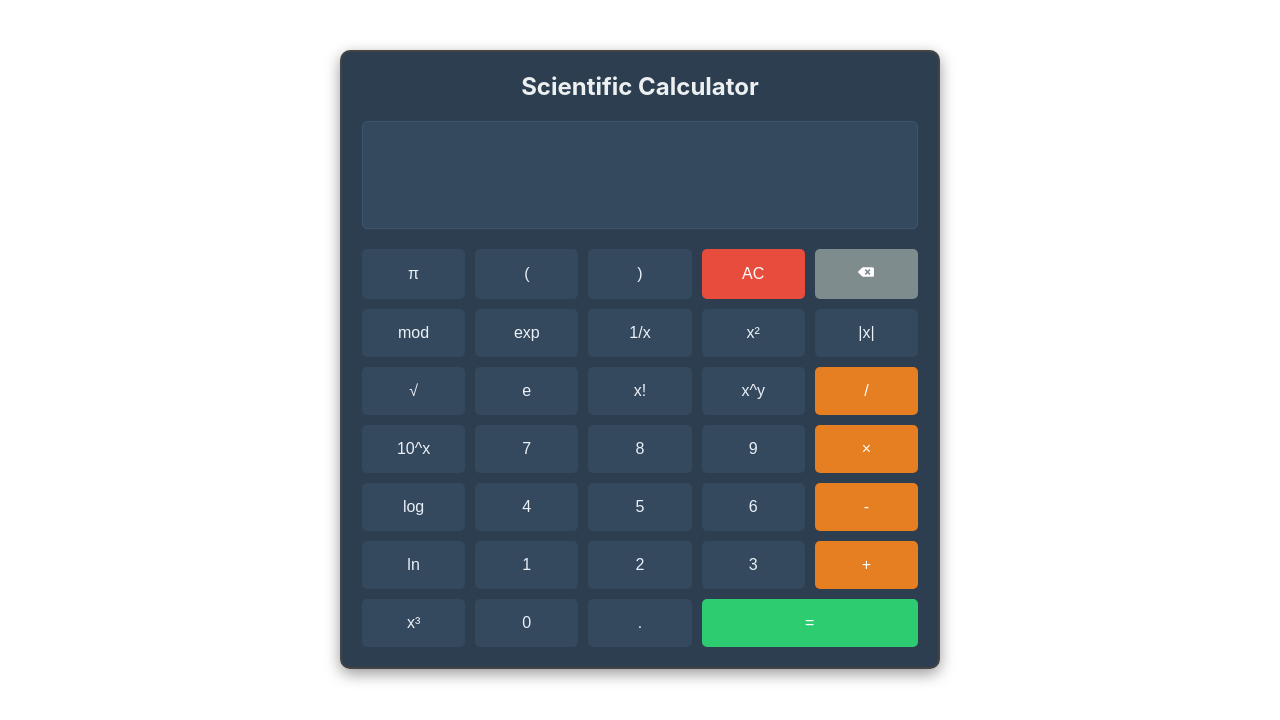
Repository: thesaherriaz/Calculator-React
Page: /
An editor plug-in stored every save of this project. The page is shown before and after the next save, followed by the edit.
The browser window is 1280 px wide. The pictures show the whole page.
The project was rebuilt for these pictures with package versions that can differ from the ones it lists, and the page was loaded fresh each time.

Above is the page before, as saved 2025-06-20 12:54:19.

### public/index.html
<!DOCTYPE html>
<html lang="en">
  <head>
    <meta charset="utf-8" />
    <link rel="icon" href="%PUBLIC_URL%/favicon.ico" />
    <meta name="viewport" content="width=device-width, initial-scale=1" />
    <meta name="theme-color" content="#000000" />
    <meta
      name="description"
      content="Web site created using create-react-app"
    />
    <link rel="apple-touch-icon" href="%PUBLIC_URL%/logo192.png" />
    <link rel="stylesheet" href="https://cdnjs.cloudflare.com/ajax/libs/font-awesome/6.0.0/css/all.min.css">
    <!--
      manifest.json provides metadata used when your web app is installed on a
      user's mobile device or desktop. See https://developers.google.com/web/fundamentals/web-app-manifest/
    -->
    <link rel="manifest" href="%PUBLIC_URL%/manifest.json" />
    <!--
      Notice the use of %PUBLIC_URL% in the tags above.
      It will be replaced with the URL of the `public` folder during the build.
      Only files inside the `public` folder can be referenced from the HTML.

      Unlike "/favicon.ico" or "favicon.ico", "%PUBLIC_URL%/favicon.ico" will
      work correctly both with client-side routing and a non-root public URL.
      Learn how to configure a non-root public URL by running `npm run build`.
    -->
    <title>React App</title>
  </head>
  <body>
    <noscript>You need to enable JavaScript to run this app.</noscript>
    <div id="root"></div>
    <!--
      This HTML file is a template.
      If you open it directly in the browser, you will see an empty page.

      You can add webfonts, meta tags, or analytics to this file.
      The build step will place the bundled scripts into the <body> tag.

      To begin the development, run `npm start` or `yarn start`.
      To create a production bundle, use `npm run build` or `yarn build`.
    -->
  </body>
</html>

### src/App.js
import React from 'react'
import Calculator from './compnents/Calculator'

function App() {
  return (
    <Calculator />
  )
}

export default App

### src/compnents/Calculator.jsx
import React, { useState } from 'react';
import './Calculator.css';
import { FaBackspace } from "react-icons/fa";

function Calculator() {
    const [input, setInput] = useState('');
    const [result, setResult] = useState('');

    const handleClick = (value) => {
        if (value === 'AC') {
            setInput('');
            setResult('');
        } else if (value === 'DEL') {
            setInput(prev => prev.slice(0, -1));
        } else if (value === '=') {
            calculateResult();
        } else if (value === '√') {
            setInput(prev => `Math.sqrt(${prev})`);
        } else if (value === 'x²') {
            setInput(prev => `Math.pow(${prev},2)`);
        } else if (value === 'x³') {
            setInput(prev => `Math.pow(${prev},3)`);
        } else if (value === 'x^y') {
            setInput(prev => `${prev}^`);
        } else if (value === '1/x') {
            setInput(prev => `1/(${prev})`);
        } else if (value === 'log') {
            setInput(prev => `Math.log10(${prev})`);
        } else if (value === 'ln') {
            setInput(prev => `Math.log(${prev})`);
        } else if (value === 'π') {
            setInput(prev => prev + 'Math.PI');
        } else if (value === 'e') {
            setInput(prev => prev + 'Math.E');
        } else if (value === '10^x') {
            setInput(prev => `Math.pow(10,${prev})`);
        } else if (value === 'x!') {
            setInput(prev => `factorial(${prev})`);
        } else {
            setInput(prev => prev + value);
        }
    };

    const factorial = (n) => {
        if (n < 0) return NaN;
        if (n <= 1) return 1;
        return n * factorial(n - 1);
    };

    const calculateResult = () => {
        try {
            // Replace ^ with ** for exponentiation
            let expression = input.replace(/\^/g, '**');
            // Evaluate the expression
            setResult(eval(expression).toString());
        } catch (error) {
            setResult('Error');
        }
    };

    return (
        <div className="calculator">
            <h1>Scientific Calculator</h1>
            <div className="display">
                <div className="input">{input}</div>
                <div className="result">{result}</div>
            </div>
            <div className="buttons">
                <button onClick={() => handleClick('π')}>π</button>
                <button onClick={() => handleClick('(')}>(</button>
                <button onClick={() => handleClick(')')}>)</button>
                <button onClick={() => handleClick('AC')} className="clear">AC</button>
                <button onClick={() => handleClick('DEL')} className="delete"><FaBackspace /></button>

                <button onClick={() => handleClick('mod')}>mod</button>
                <button onClick={() => handleClick('exp')}>exp</button>
                <button onClick={() => handleClick('1/x')}>1/x</button>
                <button onClick={() => handleClick('x²')}>x²</button>
                <button onClick={() => handleClick('Math.abs()')}>|x|</button>

                <button onClick={() => handleClick('√')}>√</button>
                <button onClick={() => handleClick('e')}>e</button>
                <button onClick={() => handleClick('x!')}>x!</button>
                <button onClick={() => handleClick('x^y')}>x^y</button>
                <button className="operator" onClick={() => handleClick('/')}>/</button>

                <button onClick={() => handleClick('10^x')}>10^x</button>
                <button onClick={() => handleClick('7')}>7</button>
                <button onClick={() => handleClick('8')}>8</button>
                <button onClick={() => handleClick('9')}>9</button>
                <button className="operator" onClick={() => handleClick('*')}>×</button>

                <button onClick={() => handleClick('log')}>log</button>
                <button onClick={() => handleClick('4')}>4</button>
                <button onClick={() => handleClick('5')}>5</button>
                <button onClick={() => handleClick('6')}>6</button>
                <button className="operator" onClick={() => handleClick('-')}>-</button>

                <button onClick={() => handleClick('ln')}>ln</button>

                <button onClick={() => handleClick('1')}>1</button>
                <button onClick={() => handleClick('2')}>2</button>
                <button onClick={() => handleClick('3')}>3</button>
                <button className="operator" onClick={() => handleClick('+')}>+</button>

                <button onClick={() => handleClick('x³')}>x³</button>
                <button onClick={() => handleClick('0')}>0</button>
                <button onClick={() => handleClick('.')}>.</button>
                <button className="equals" onClick={() => handleClick('=')}>=</button>
            </div>
        </div>
    );
}

export default Calculator;

### src/compnents/Calculator.css
*{
    box-sizing: border-box;
    margin: 0;
    padding: 0;
}
.calculator {
    width: 600px;
    margin: 50px auto 0px auto;
    border: 2px solid #444;
    border-radius: 10px;
    padding: 20px;
    background-color: #2c3e50;
    box-shadow: 0 5px 15px rgba(0, 0, 0, 0.4);
    color: white;
}

.calculator h1 {
    text-align: center;
    color: #ecf0f1;
    margin-bottom: 20px;
    font-size: 1.5em;
}

.display {
    background-color: #34495e;
    border: 1px solid #3d566e;
    border-radius: 5px;
    padding: 15px;
    margin-bottom: 20px;
    text-align: right;
    min-height: 70px;
}

.input {
    font-size: 1.2em;
    color: #bdc3c7;
    min-height: 1.2em;
    margin-bottom: 10px;
    word-wrap: break-word;
}

.result {
    font-size: 1.8em;
    font-weight: bold;
    color: #ecf0f1;
    min-height: 1.5em;
    word-wrap: break-word;
}

.buttons {
    display: grid;
    grid-template-columns: repeat(5, 1fr);
    grid-gap: 10px;
}

button {
    padding: 15px;
    font-size: 1em;
    border: none;
    border-radius: 5px;
    background-color: #34495e;
    color: #ecf0f7;
    cursor: pointer;
    transition: all 0.2s;
}

button:hover {
    background-color: #3d566e;
}

button:active {
    transform: scale(0.95);
}

.operator {
    background-color: #e67e22;
    color: white;
}

.operator:hover {
    background-color: #d35400;
}

.clear {
    background-color: #e74c3c;
    color: white;
}

.clear:hover {
    background-color: #c0392b;
}

.delete {
    background-color: #7f8c8d;
    color: white;
}

.delete:hover {
    background-color: #95a5a6;
}

.equals {
    background-color: #2ecc71;
    color: white;
    grid-column: span 2;
}

.equals:hover {
    background-color: #27ae60;
}

/* Scientific buttons
button:nth-child(1),
button:nth-child(2),
button:nth-child(3),
button:nth-child(4),
button:nth-child(5),
button:nth-child(6),
button:nth-child(11),
button:nth-child(12),
button:nth-child(13),
button:nth-child(14),
button:nth-child(19),
button:nth-child(20),
button:nth-child(21) {
    background-color: #3498db;
}

button:nth-child(1):hover,
button:nth-child(2):hover,
button:nth-child(3):hover,
button:nth-child(4):hover,
button:nth-child(5):hover,
button:nth-child(6):hover,
button:nth-child(11):hover,
button:nth-child(12):hover,
button:nth-child(13):hover,
button:nth-child(14):hover,
button:nth-child(19):hover,
button:nth-child(20):hover,
button:nth-child(21):hover {
    background-color: #2980b9;
} */

Loaded but not shown: src/index.js (common file); src/index.css (common file); src/reportWebVitals.js (common file)

After the next save:
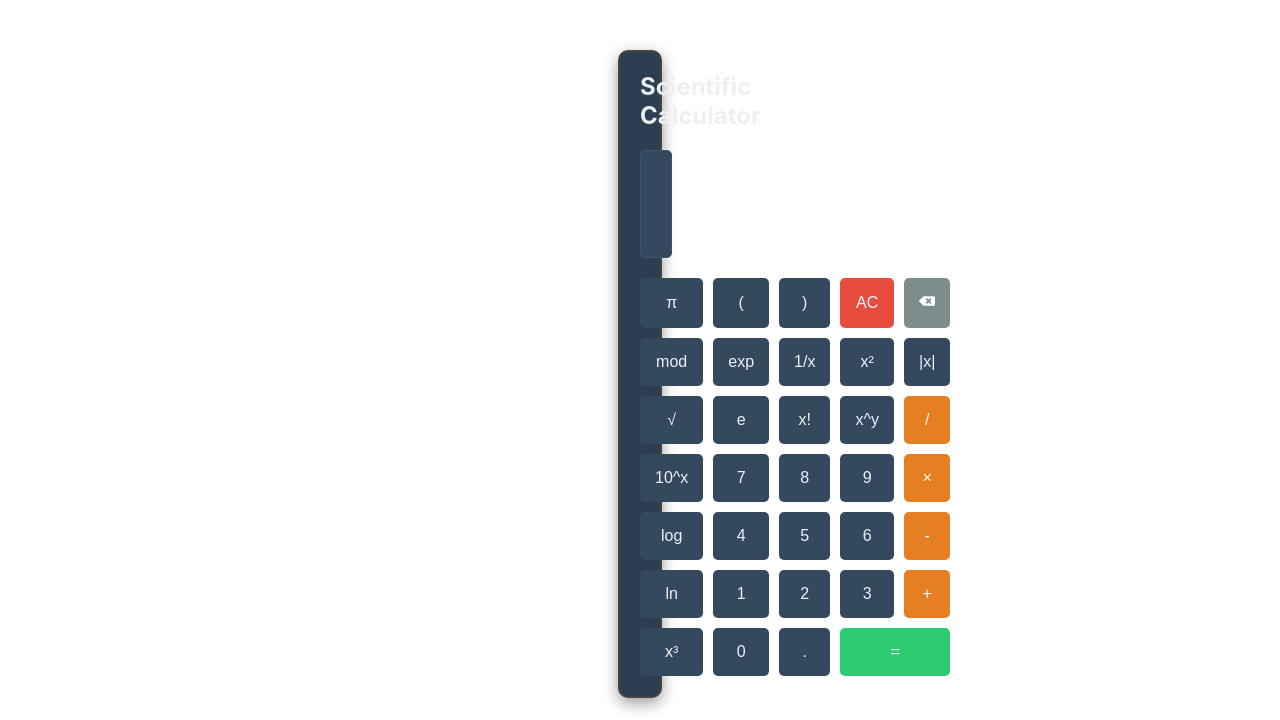
Saved 25 s later.
--- a/src/compnents/Calculator.css
+++ b/src/compnents/Calculator.css
@@ -4,7 +4,7 @@
     padding: 0;
 }
 .calculator {
-    width: 600px;
+    width: 00px;
     margin: 50px auto 0px auto;
     border: 2px solid #444;
     border-radius: 10px;
